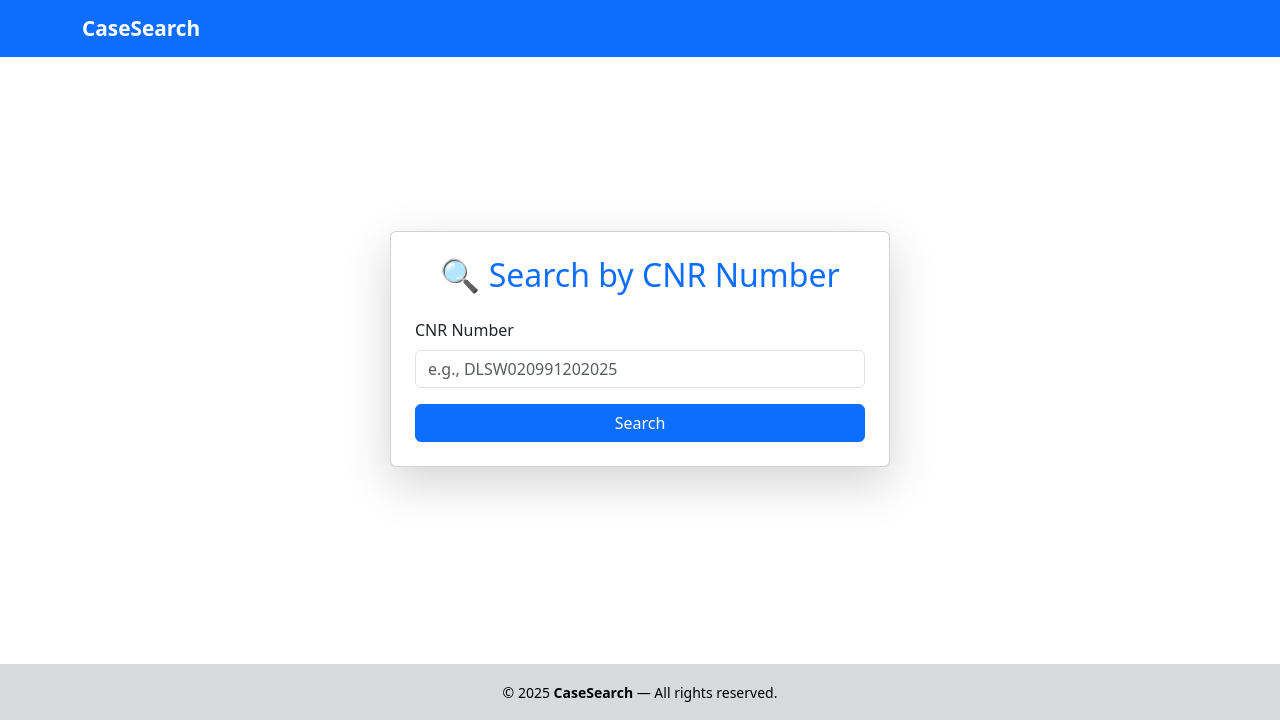
Repository: moatazbenma/Internship_task
Page: http://localhost/
The author's editor kept a copy of each file at every save. The page is drawn from the files as they stood at one save, then again after the next save.
The browser window is 1280 px wide. The pictures show the whole page.
The page is served by the project's application, run on Django 5.2 (court_project/manage.py).

Above is the page before, as saved 2025-08-04 03:50:40.

After the next save:
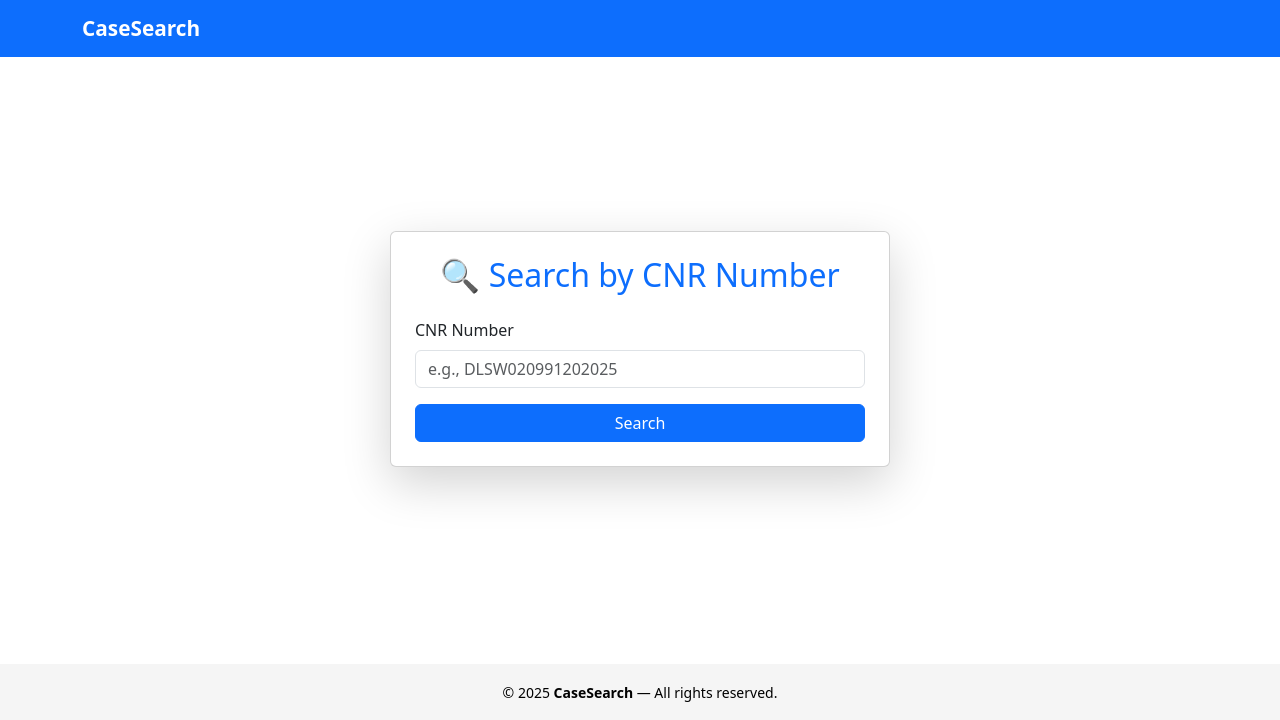
Saved 13 s later.
--- a/court_projects/court_project/case_search/templates/case_search/base.html
+++ b/court_projects/court_project/case_search/templates/case_search/base.html
@@ -20,7 +20,7 @@
             flex: 1;
         }
         footer {
-            background-color: #d8dbddff;
+            background-color: #f5f5f5ff;
         }
         .navbar-brand {
             font-weight: bold;
